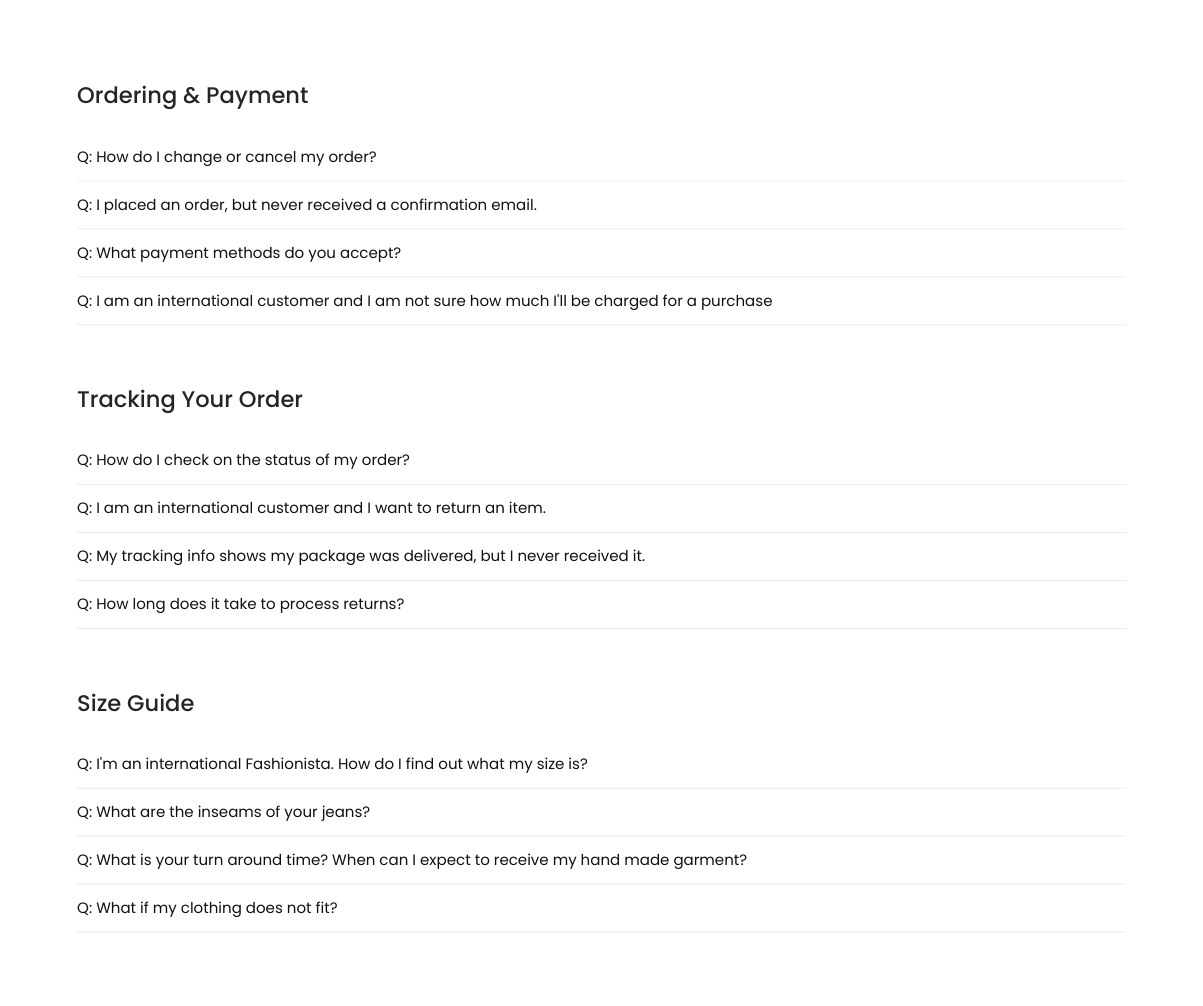
Repository: ST-United-Internship/Modaz-4life
Page: FaQ/FAQ.html
An editor plug-in stored every save of this project. The page is shown before and after a run of saves, followed by the edit.
The browser window is 1280 px wide. The pictures show the whole page, at 94% of full size.

Above is the page before, as saved 2023-03-22 17:35:39.

After the next 2 saves:
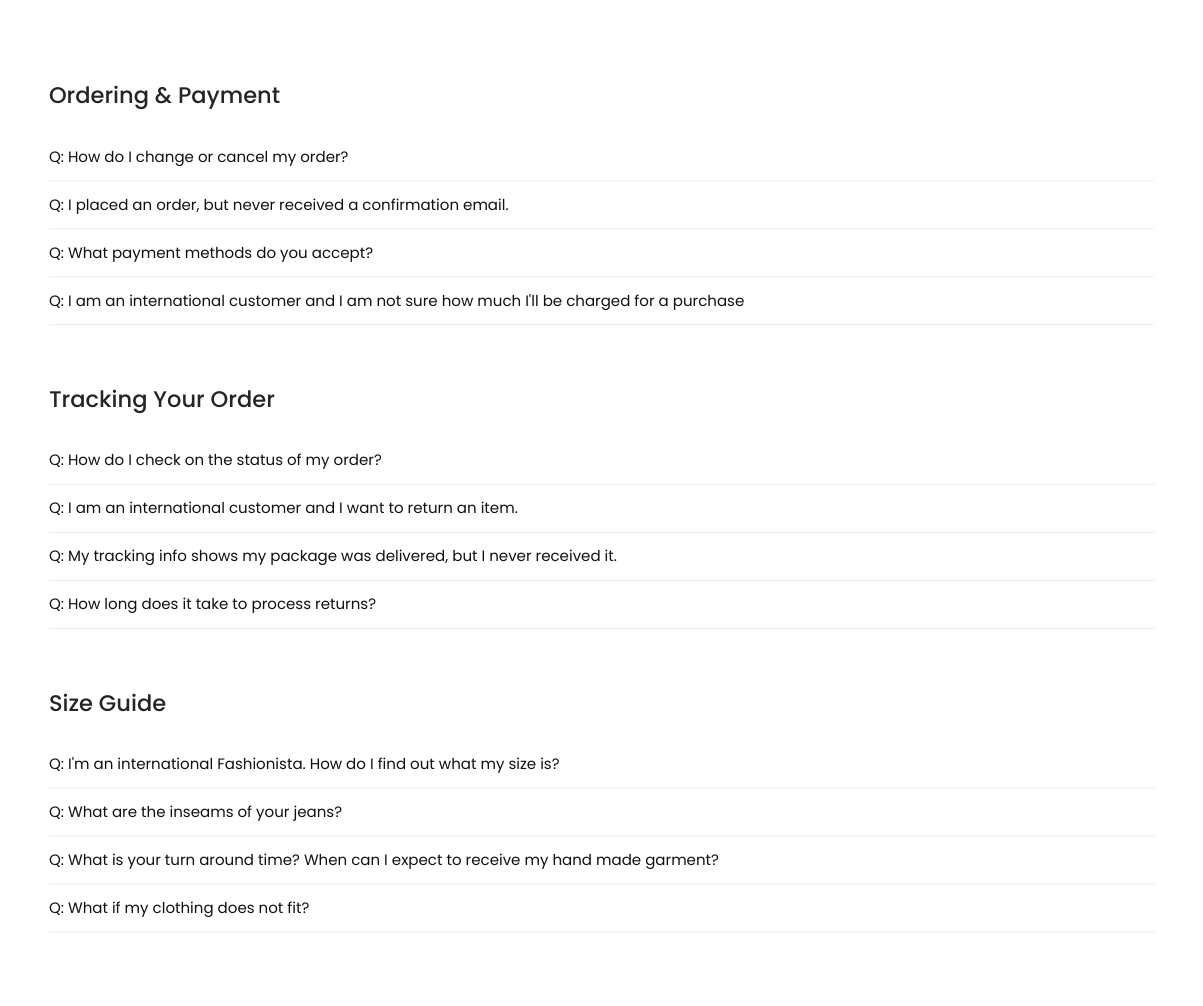
The 2 saves are shown as one change because they came seconds apart.
The last was saved 44 s later.
--- a/FaQ/FAQ.css
+++ b/FaQ/FAQ.css
@@ -27,7 +27,7 @@
 .container{
     position: relative;
     margin: 0 20px;
-    max-width: 1200px;
+    max-width: 1200px !important;
 }
 
 .loaded{

After the save that followed:
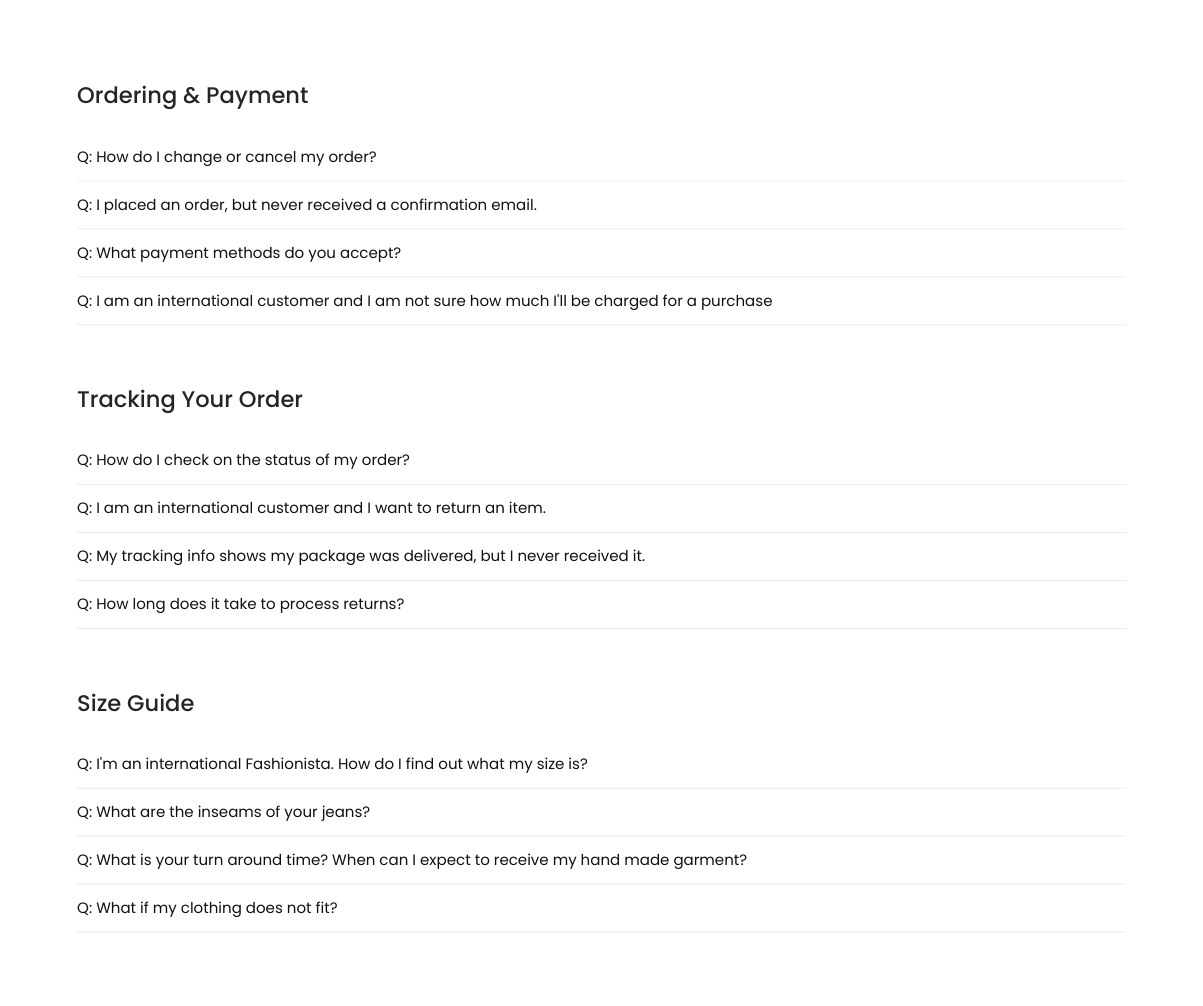
Saved 29 s later.
--- a/FaQ/FAQ.css
+++ b/FaQ/FAQ.css
@@ -27,7 +27,7 @@
 .container{
     position: relative;
     margin: 0 20px;
-    max-width: 1200px !important;
+    /* max-width: 1200px !important; */
 }
 
 .loaded{
